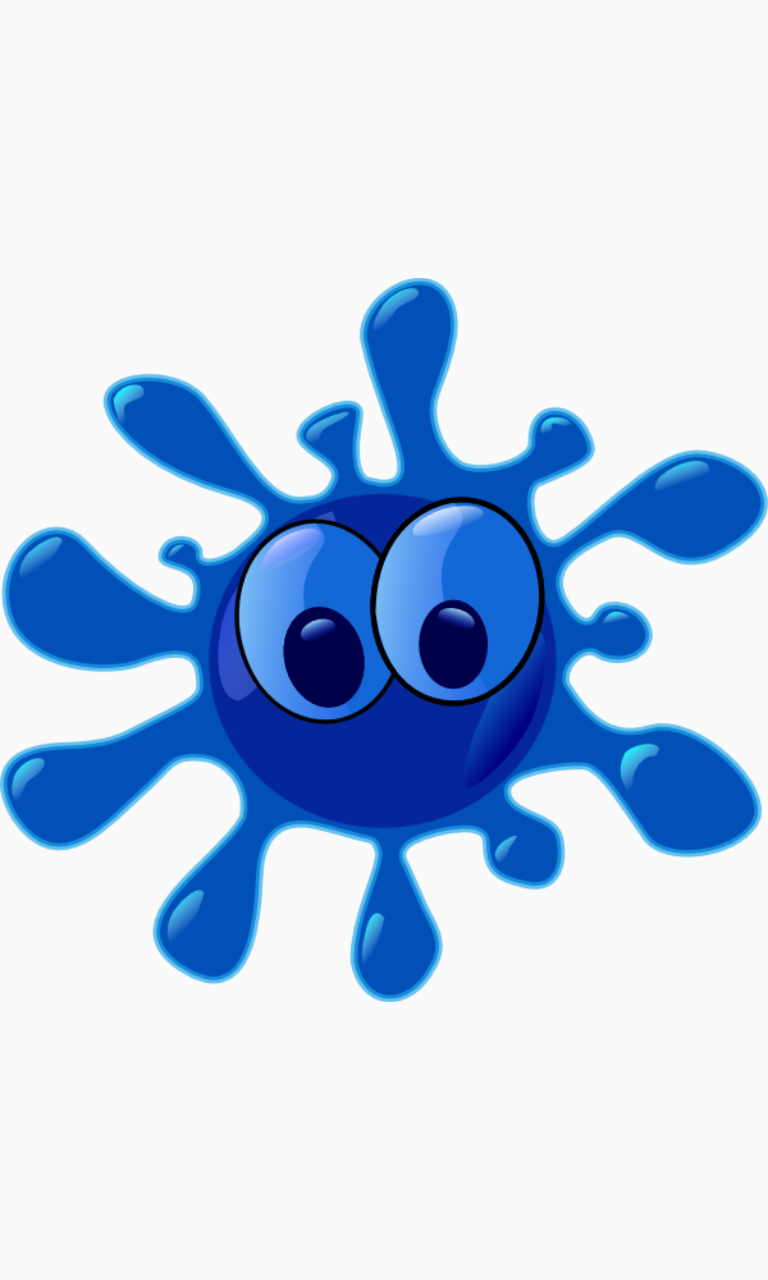
Repository: AlvaroCortez/Assigment1
Layout: SplashScreen/res/layout/activity_main.xml
These files come from the project's save history. The layout is drawn as it stood at one moment and after the next save; the edit follows.
It is drawn on a 768 x 1280 px phone screen (xhdpi) without system bars, with theme AppTheme; the app's code is not run.

Above is the layout before, as saved 2014-04-27 18:25:04.

After the next save:
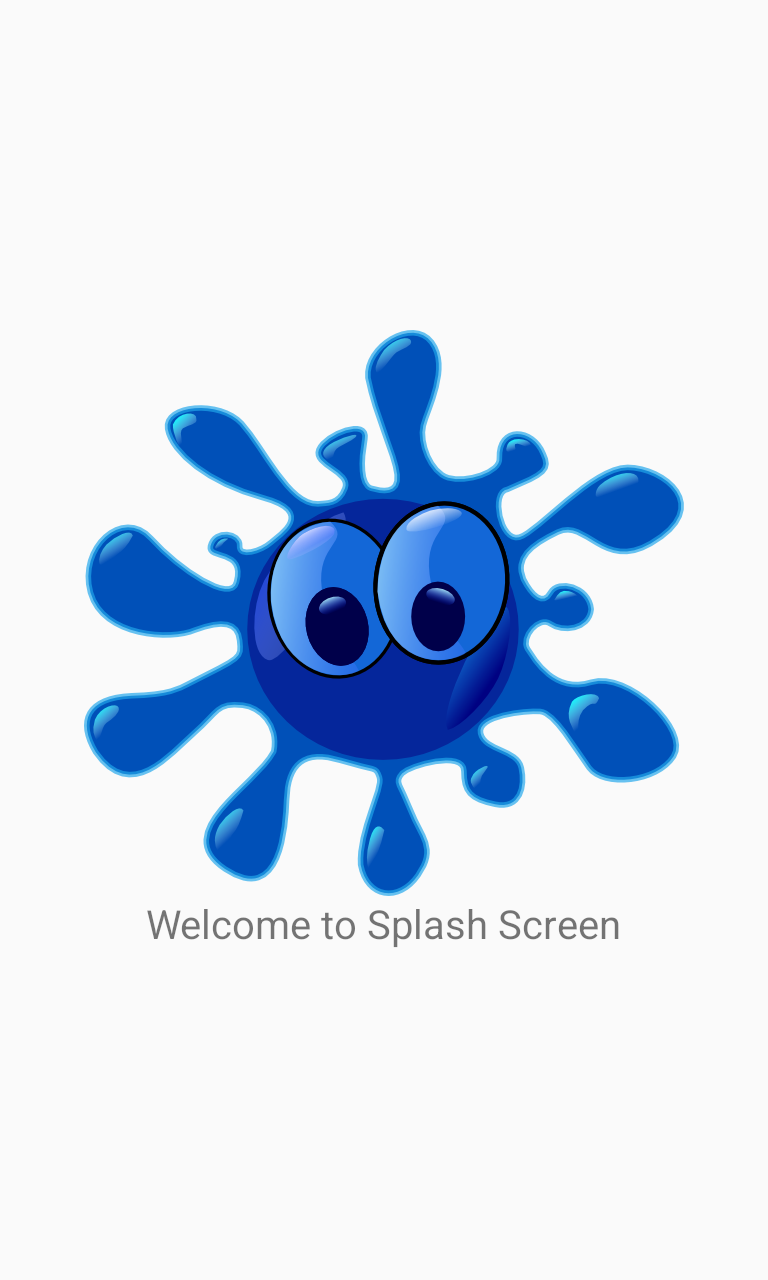
Saved 65 s later.
--- a/SplashScreen/res/layout/activity_main.xml
+++ b/SplashScreen/res/layout/activity_main.xml
@@ -6,20 +6,20 @@
     android:orientation="vertical" >
 
     <ImageView
-        android:layout_width="match_parent"
-        android:layout_height="match_parent"
+        android:layout_width="wrap_content"
+        android:layout_height="wrap_content"
+        android:layout_weight="-12.34"
         android:contentDescription="@string/app_name"
-        android:src="@drawable/splash">
-        </ImageView>
+        android:src="@drawable/splash" >
+    </ImageView>
 
-        <TextView
+    <TextView
         android:id="@+id/splash_message"
         android:layout_width="wrap_content"
         android:layout_height="wrap_content"
         android:text="@string/splash_message"
         android:textSize="20sp"
-        tools:context=".MainActivity">
-        </TextView>
-
+        tools:context=".MainActivity" >
+    </TextView>
 
 </LinearLayout>
